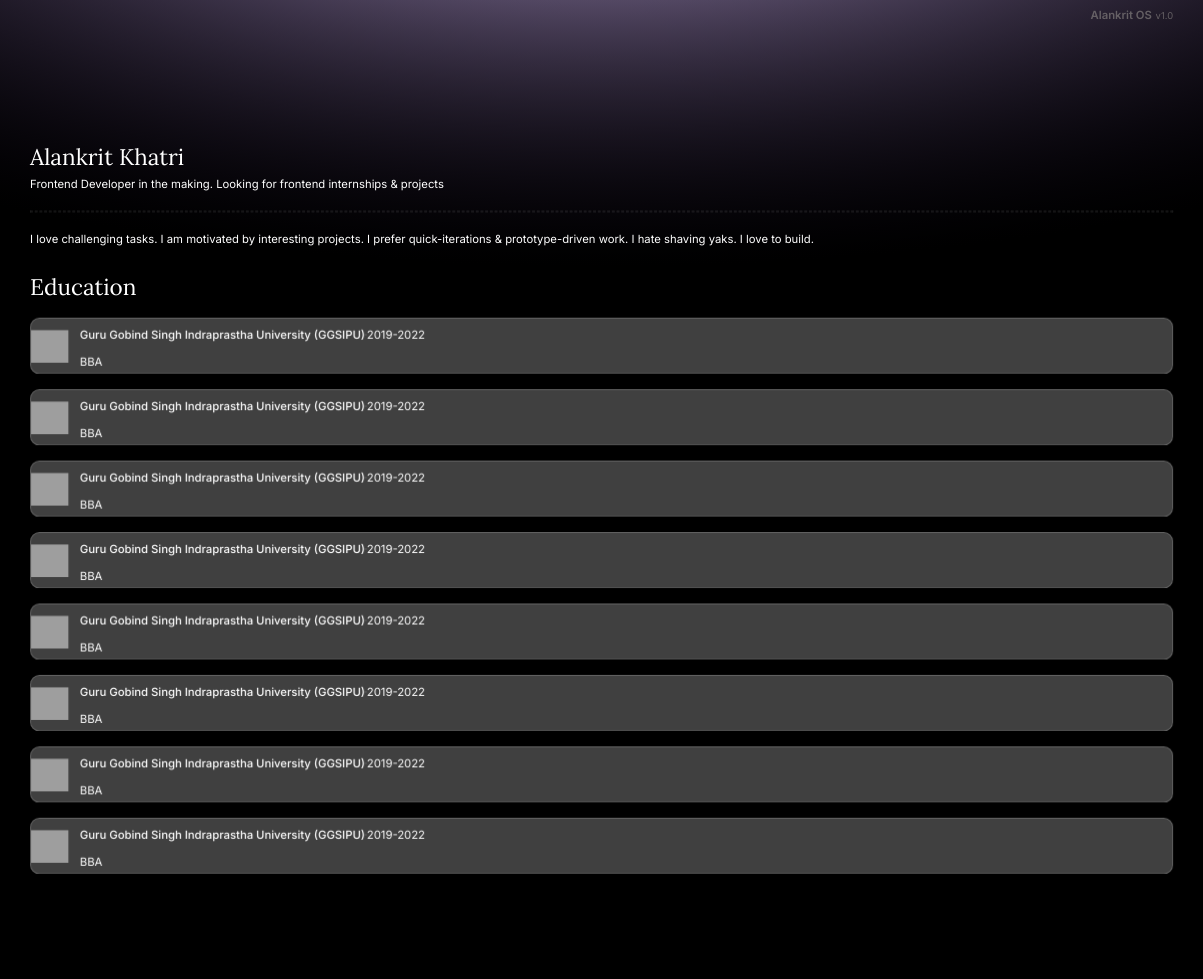
Repository: alankritkhatri/alankrit.xyz
Page: /
An editor plug-in stored every save of this project. The page is shown before and after the next save, followed by the edit.
The browser window is 1280 px wide. The pictures show the whole page, at 94% of full size.
Pictures or frames that could not be fetched are drawn as grey boxes. The project was rebuilt for these pictures with package versions that can differ from the ones it lists, and the page was loaded fresh each time. Also part of the build but not shown: vite.config.js, src/blog.jsx.

Above is the page before, as saved 2024-08-11 21:04:31.

### index.html
<!DOCTYPE html>
<html lang="en">
  <head>
    <meta charset="UTF-8" />

    <link rel="icon" type="image/svg+xml" href="/vite.svg" />
    <link rel="preconnect" href="https://fonts.googleapis.com" />
    <link rel="preconnect" href="https://fonts.gstatic.com" crossorigin />
    <link
      href="https://fonts.googleapis.com/css2?family=Inter:wght@100..900&display=swap"
      rel="stylesheet"
    />

    <link
      href="https://fonts.googleapis.com/css2?family=Lora:ital,wght@0,400..700;1,400..700&display=swap"
      rel="stylesheet"
    />
    <!-- Linkedin link -->
    <script
      src="https://platform.linkedin.com/badges/js/profile.js"
      async
      defer
      type="text/javascript"
    ></script>
<meta name="viewport" content="width=device-width, initial-scale=1.0">
    <title>AlankritOS</title>
  </head>
  <body>
    <div id="root"></div>
    <script type="module" src="/src/main.jsx"></script>
  </body>
</html>

### src/App.jsx
import "./App.css";
import { BrowserRouter as Router, Routes, Route, Link } from "react-router-dom";
import Blog from "./blog";
import Home from "./pages/Home/Home";
const App = () => {
  return (
    <div className="main">
      <Router>
        <Link to="/">
          <div className="logo">
            <h1>Alankrit OS</h1>
            <span>v1.0</span>
          </div>
        </Link>
        <Routes>
          <Route path="/" element={<Home />} />
          <Route path="blog" element={<Blog />} />
        </Routes>
      </Router>
    </div>
  );
};

export default App;

### src/App.css
* {
  margin: 0px;
  padding: 0px;
  box-sizing: border-box;
  font-family: Inter, Haettenschweiler, "Arial Narrow Bold", sans-serif;
}

body,html{
  min-height: 100vh;
background: radial-gradient(100% 50% at 50% -20%, #6f09ff1f, #000000);

}
.main {



  h1 {
    line-height: 32px;
  }
  h2 {
    line-height: 24px;
  }
  h3 {
    line-height: 16px;
  }
  p {
    line-height: 24px;
  }
  color: white;

  padding: 0px 32px;
  a {
    text-decoration: none;
  }
  .logo {
    color: rgba(126, 121, 121, 0.726);
    display: flex;
    align-items: center;
    justify-content: flex-end;
    gap: 4px;

    font-family: monospace;
    animation: flicker 2s infinite;
    h1 {
      font-size: 12px;
      font-weight: 600;
    }
    span {
      font-size: 10px;
      font-weight: 400;
    }
  }
}
/* logo flickr animation */
@keyframes flicker {
  0% {
    opacity: 0;
  }
  9% {
    opacity: 0;
  }
  10% {
    opacity: 0.5;
  }
  13% {
    opacity: 0;
  }
  20% {
    opacity: 0.5;
  }
  25% {
    opacity: 1;
  }
}
@media only screen and (max-width: 600px) {
    body {
        background-color: rgb(255, 188, 3);
    }
}

### src/pages/Home/Home.jsx
import Infosection from "../../components/Info-Section/Infosection.jsx";
import "./Home.css";
import data from "../../alankrit_data/data.json";
const Home = () => {
  return (
    <div className="home">
      <div
        className="badge-base LI-profile-badge"
        data-locale="en_US"
        data-size="medium"
        data-theme="dark"
        data-type="VERTICAL"
        data-vanity="alankrit-khatri"
        data-version="v1"
      >
        {" "}
        </div>

      <div className="about-section">
        <h1 className="name">Alankrit Khatri</h1>
        <p>
          Frontend Developer in the making. Looking for frontend internships &
          projects
        </p>
        <div className="dashed-line"></div>
        <p>
          I love challenging tasks. I am motivated by interesting projects. I
          prefer quick-iterations & prototype-driven work. I hate shaving yaks.
          I love to build.
        </p>
      </div>
      <div className="education-section">
        <h1>Education</h1>
        <Infosection {...data} />
        <Infosection {...data} />
        <Infosection {...data} />
        <Infosection {...data} />
        <Infosection {...data} />
        <Infosection {...data} />
        <Infosection {...data} />
        <Infosection {...data} />

        {console.log(data)}
      </div>
    </div>
  );
};

export default Home;

### src/components/Info-Section/Infosection.jsx
import "./infoSection.css";
const Infosection = (props) => {
  return (
    <>
      <div className="infosection-details">
        <img
          src={props[0].educationDetails.bachelors.logo}
          alt=""
          style={{ width: "40px", height: "35px" }}
        />
        <div className=" infosection-info">
          <div className="infosection-info-top ">
            <h2 style={{ opacity: "1", fontWeight: "500" }}>
              {props[0].educationDetails.bachelors.schoolName}
            </h2>
            <div className="dashed-line"></div>
            <h2> {props[0].educationDetails.bachelors.schoolYears} </h2>
          </div>

          <div className="infosection-info-bottom">
            <h2> {props[0].educationDetails.bachelors.course}</h2>
          </div>
        </div>
      </div>
    </>
  );
};

export default Infosection;

### src/pages/Home/Home.css
.home {
  margin: 96px 0px;
  display: flex;
  flex-direction: column;
  gap: 24px;
  /* dashed line  */
  .dashed-line {
    margin: 16px 0px;
    opacity: 0.1;
    border-width: 1px;
    border-style: dashed;
    color: rgb(255 255 255);
  }
  .hide {
    display: none;
  }
  h1 {
    font-family: "Lora", serif;
    font-size: 24px;
    font-weight: 400;
  }
  h2 {
    font-size: 12px;
    font-style: normal;
    font-weight: 400;
  }
  h3 {
    font-size: 10px;
    font-style: normal;
    font-weight: 300;
  }
  p {
    font-size: 12px;
  }
  .about-section {
    display: flex;
    flex-direction: column;
    .name {
      line-height: 32px;
    }
  }
}

### src/alankrit_data/data.json
[
  {
    "educationDetails": {
      "className": "education-details",
      "bachelors": {
        "schoolName": "Guru Gobind Singh Indraprastha University (GGSIPU)",
        "schoolYears": "2019-2022",
        "course": "BBA",
        "logo": "https://encrypted-tbn0.gstatic.com/images?q=tbn:ANd9GcRM9GNTFenU_T9caTwA63o86iaVHMnf9eeEPw&s"
      },
      "masters": {
        "schoolName": "Guru Gobind Singh Indraprastha University (GGSIPU)",
        "schoolYears": "2019-2022",
        "logo": "https://encrypted-tbn0.gstatic.com/images?q=tbn:ANd9GcRM9GNTFenU_T9caTwA63o86iaVHMnf9eeEPw&s"
      }
    }
  }
]

### src/components/Info-Section/infoSection.css
.infosection-details {
  background: rgba(255, 255, 255, 0.25);
  -webkit-backdrop-filter: blur(4px);
  border-radius: 10px;
  border: 1px solid rgba(255, 255, 255, 0.18);
  backdrop-filter: blur(10px);
  backdrop-filter: saturate(180%) blur(10px);
  display: flex;
  align-items: center;
  gap: 12px;
  margin: 16px 0px;

  .infosection {
    width: 100%;
    min-width: 80%;
    * {
      line-height: 16px;
    }
    h3 {
      letter-spacing: -0.26px;
      opacity: 0.5;
    }
    h2 {
      opacity: 0.5;
    }
  }
  .infosection-info-top {
    display: flex;
    justify-content: space-between;
    align-items: center;
  }
}

Loaded but not shown: src/main.jsx (common file)

After the next save:
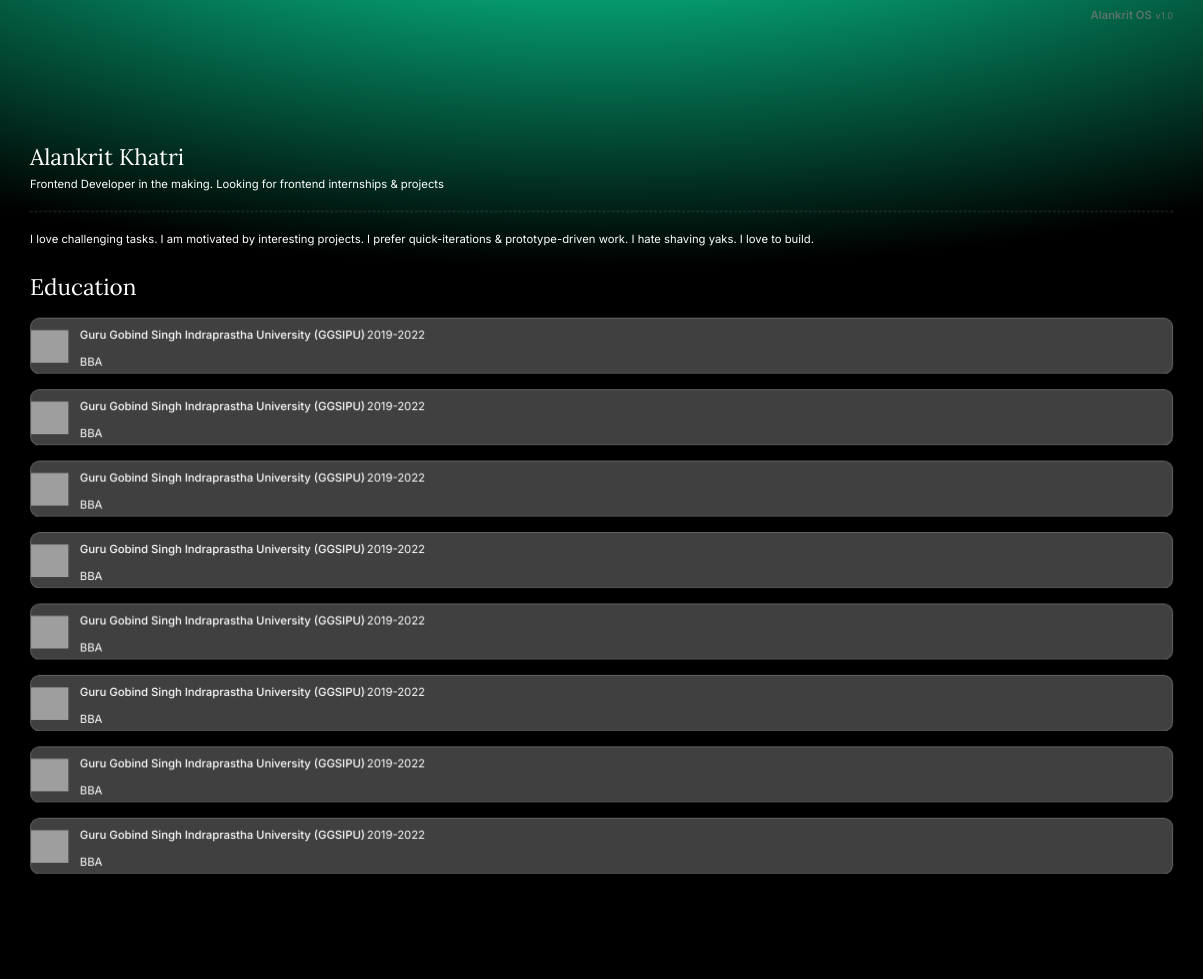
Saved 11 s later.
--- a/src/App.css
+++ b/src/App.css
@@ -7,7 +7,7 @@
 
 body,html{
   min-height: 100vh;
-background: radial-gradient(100% 50% at 50% -20%, #6f09ff1f, #000000);
+background: radial-gradient(100% 50% at 50% -20%, #09ffb5, #000000);
 
 }
 .main {
